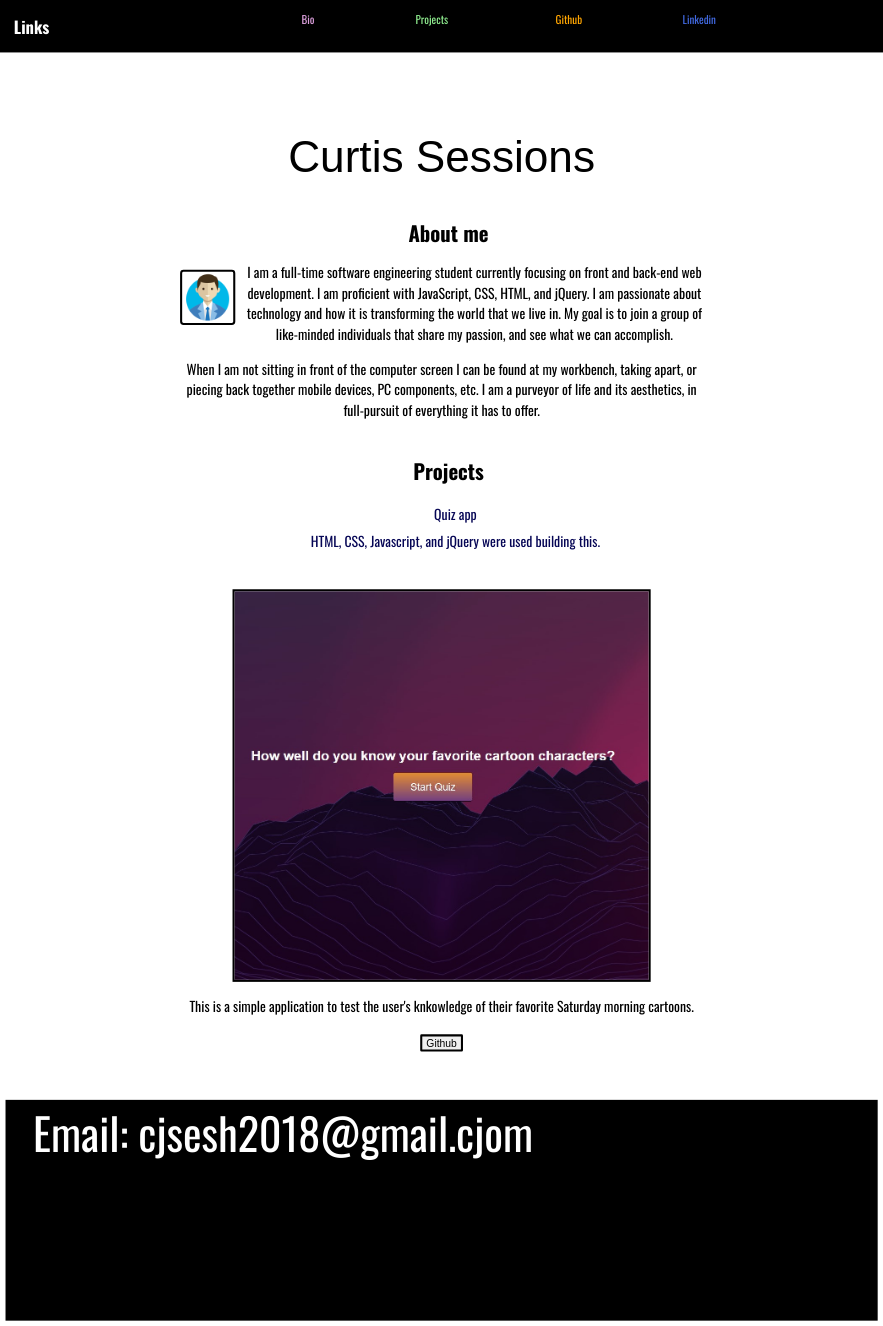
Repository: cjsesh00/NewProfile
Page: index.html
The author's editor kept a copy of each file at every save. The page is drawn from the files as they stood at one save, then again after the next save.
The browser window is 1280 px wide. The pictures show the whole page, at 69% of full size.
Some web fonts or font styles are not loaded; a fallback is used. Some web libraries are served in a nearby version.

Above is the page before, as saved 2020-03-08 17:49:08.
Not found: scripts/index.js

### index.html
<!DOCTYPE html>
<html lang="en">

<head>
  <meta charset="UTF-8">
  <meta name="viewport" content="width=device-width, initial-scale=1.0">
  <meta http-equiv="X-UA-Compatible" content="ie=edge">

  <link rel="stylesheet" href="main.css">
  <script src="https://kit.fontawesome.com/6547825e10.js" crossorigin="anonymous"></script>
  <link href='https://fonts.googleapis.com/css?family=Oswald:400,300,700' rel='stylesheet' type='text/css'>
  <link rel="stylesheet" href="https://use.typekit.net/mgs6znr.css">
  <title>Curtis's Portfolio</title>
</head>
<style>
  a {
    text-decoration: none;
  }
</style>

<body id="top">
  <div class="nav-list">
    <nav role="navigation">
      <h2>
        <a href="#top">Links</a>
      </h2>

      <ul class="nav-items">
        <li><a href="#bio" style="color: plum">Bio</a></li>
        <li><a href="#projects" style="color: lightgreen">Projects</a></li>
        <li><a href="https://github.com/cjsesh00/Projects" target="blank" style="color: orange">Github</a></li>
        <li><a href="https://www.linkedin.com/in/curt-sessions-81b19a1a3/" target="blank"
          style="color: royalblue">Linkedin</a></li>
      </ul>
  </div>
  </nav>
  <main>
    <h1>
      Curtis Sessions
    </h1>
    <a name="bio"></a>
      <section class="bio">
        <h2 class="section-header">About me</h2>
        <div></div>
        <img class="profile-photo" src="img/icone-people-66.png">
        <p>I am a full-time software engineering student currently focusing on front and back-end web development.
            I am proficient with JavaScript, CSS, HTML, and jQuery. I am passionate about technology and how it is
            transforming the world that we live in. My goal is to join a group of like-minded individuals that share my passion,
            and see what we can accomplish. </p>
        <a name="projects"></a>
        <p>When I am not sitting in front of the computer screen I can be found at my workbench,
            taking apart, or piecing back together mobile devices, PC components, etc.  I am
            a purveyor of life and its aesthetics, in full-pursuit of everything it has to offer.</p>
    </div>
    </section>
    </div>
    <div>
      <section class="projects">
        <h2 class="section-header">Projects</h2>
        <ul class="project-details">
        <li>
          <p>
            <p style="color:rgb(6, 6, 85)">Quiz app</p>
          </p>
        </li>
        <li>
          <p>
            <p style="color: rgb(6, 6, 85)">HTML, CSS, Javascript, and jQuery were used building this.</p>
          </p>
        </li>
      </ul>
        <img class="image quiz-app" src="img/quiz.jpg">
        <p>This is a simple application to test the user's knkowledge of their favorite Saturday morning cartoons. </p>
        <a href="https://cjsesh00.github.io/Projects/"
          target="blank">
          <button class="github-link">Github</button>
        </a>

      </section>
    </div>
  </main>
  <script type="text/javascript" src="https://cdnjs.cloudflare.com/ajax/libs/jquery/3.1.0/jquery.min.js"></script>
  <script type="text/javascript" src="scripts/index.js"></script>
</body>
<footer id="footer">
  <ul>
    <li><a href="mailto:cjsesh2018@gmail.com">Email: cjsesh2018@gmail.cjom</a></li>
  </ul>
</footer>

</html>

### main.css
*{
  box-sizing: border-box;
}

body{
  font-family: 'Oswald', sans-serif;
}

.image{
  margin-left: auto;
  margin-right: auto;
  width: 100%;
  border: solid black;
  margin-bottom: 20px;
  margin-top: 50px;
}

.profile-photo{
  float: left;
  width: 80px;
  margin-top: 32px;
  margin-right: 15px;
  border: solid black;
  border-radius: 5px;
}

.header-image{
  margin-left: auto;
  margin-right: auto;
  width: 25%
}

nav{
  position: absolute;
  top: 0%;
  left: 0%;
  right: 0%;
  display: block;
  background-color: black;
  color: white;
}

li{
  list-style: none;
}

.nav-list{
  width: 20%;
  float: left;
}

h1{
    text-align: center;
    margin-top: 70%;
    font-family: neon-stream, sans-serif;
    font-weight: 400;
    font-style: normal;
    font-size: 4em;
}

h2{
  margin-left: 20px;
}

a{
  color: white;
}

button{
  font-size: 15px;
  border: solid black;
  border-radius: 2px;
  margin-bottom: 20px;
}

#footer{
  bottom: 0%;
  left: 0%;
  right: 0%;
  display: flex;
  background-color: black;
  color: white;
  width: 100%;
  height: 5em;
  font-size: 4em;
}

#footer ul{
  margin: 0 auto;
  text-align: center;
}

.project-details p{
  display: inline;
  line-height: 40px;
}

/* Non-mobile, grid */
@media only screen and (min-width: 850px){
  h1{
    text-align: center;
    margin-top: 15%;
  }

  section{
    font-size: 20px;
    text-align: center;
    padding: 0% 20%;
    margin-top: 50px;
    margin-bottom: 50px;
  }



  h2{
    width: 25%;
  }

  nav ul li{
    text-align: right;
    width: 20%;
    padding: 0% 5%;
  }

  nav div ul:hover{
    cursor: pointer;
  }

  .nav-list{
    display: flex;
    width: 75%;
  }

  img{
    display: block;
  }

  .header-image{
    margin-left: auto;
    margin-right: auto;
  }

  .image{
    margin-left: auto;
    margin-right: auto;
    width: 80%;
    border: solid black;
    margin-bottom: 20px;
    margin-top: 50px;
  }

  .section-header{
    display: inline;
    text-align: center;
  }

  nav{
    position: absolute;
    top: 0%;
    left: 0%;
    right: 0%;
    display: flex;
    background-color: black;
    color: white;
  }

  ul{
    display: flex;
    width: 100%;
  }

  .project-details{
    display: block;
  }
}

After the next save:
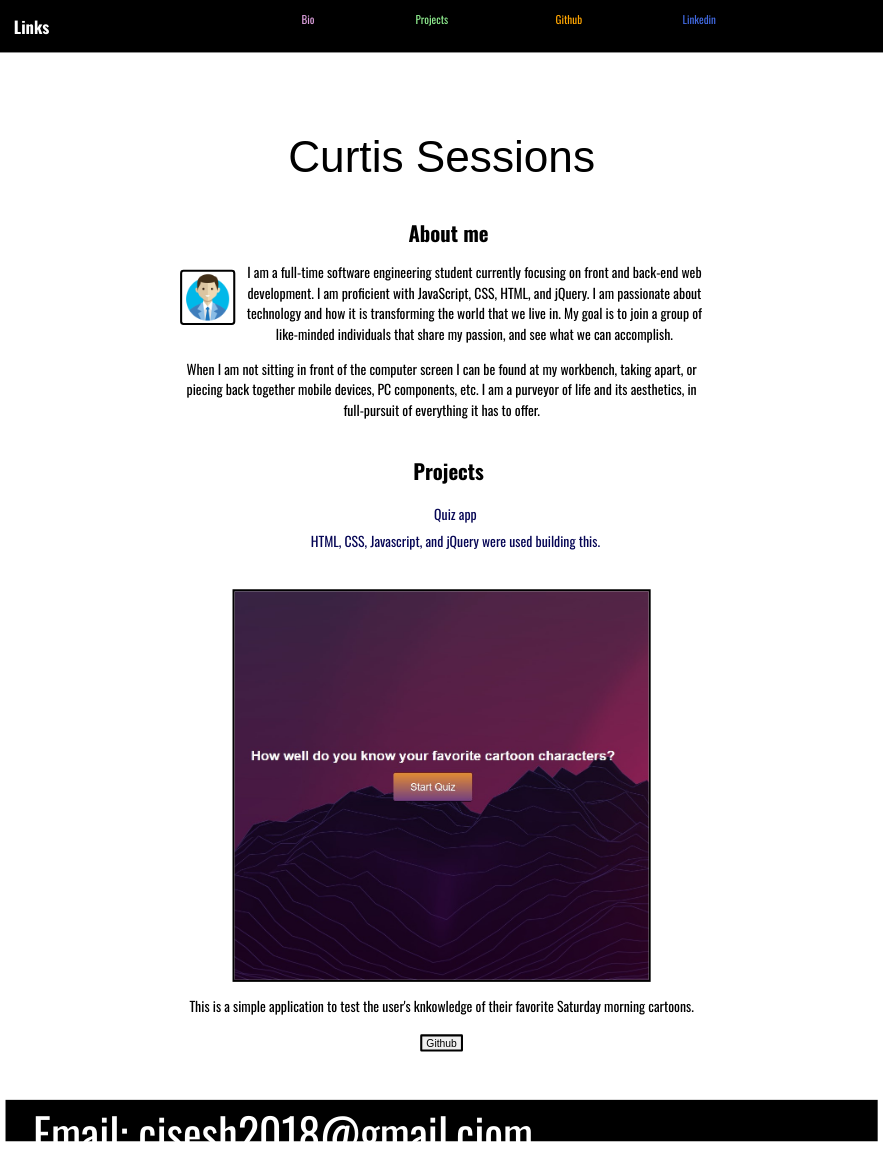
Saved 20 s later.
--- a/main.css
+++ b/main.css
@@ -81,7 +81,7 @@ button{
   background-color: black;
   color: white;
   width: 100%;
-  height: 5em;
+  height: 60px;
   font-size: 4em;
 }
 
